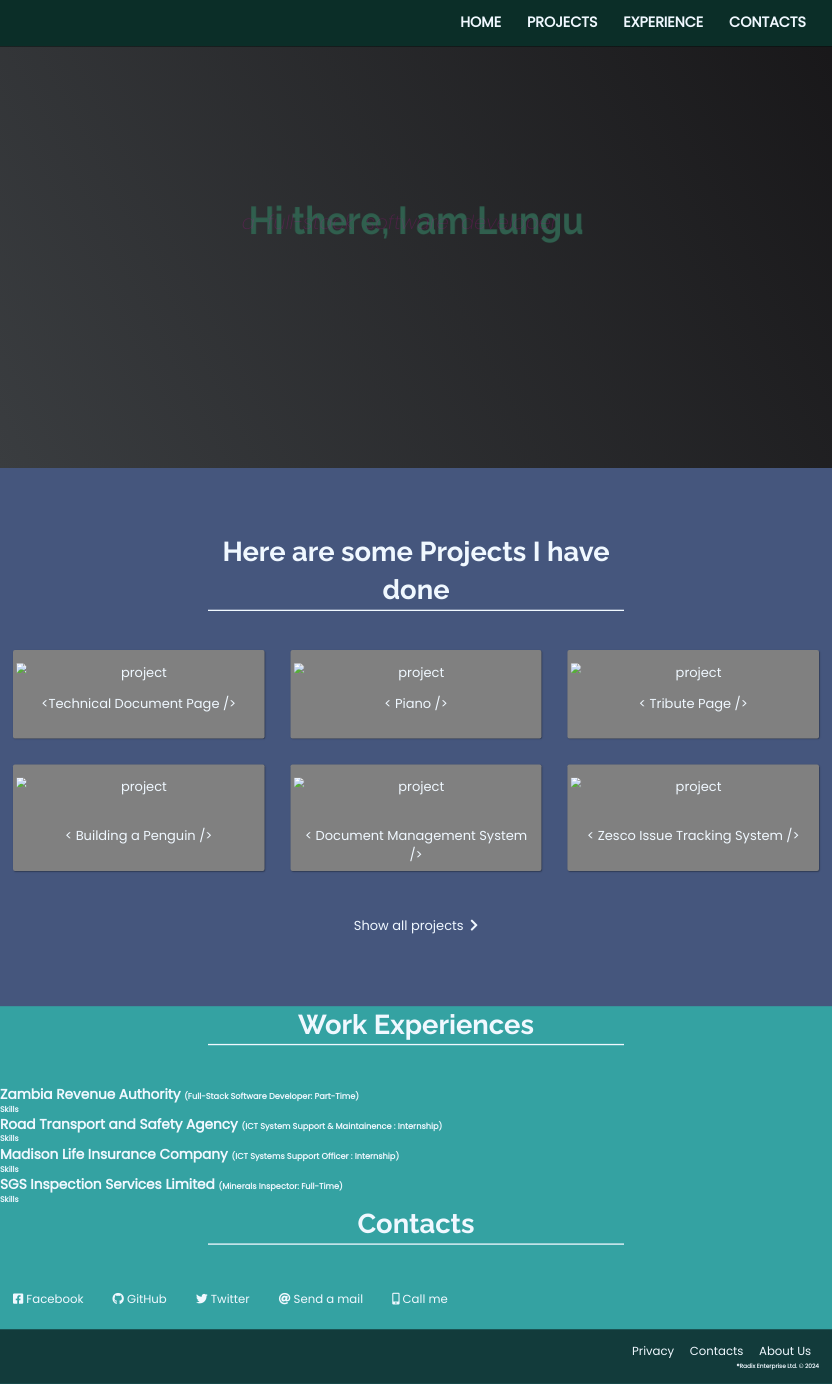
Repository: Lungdjos/personal_portifolio
Page: html/index.html
The author's editor kept a copy of each file at every save. The page is drawn from the files as they stood at one save, then again after the next save.
The browser window is 1280 px wide. The pictures show the whole page, at 65% of full size.
Some web libraries are served in a nearby version.

Above is the page before, as saved 2024-02-04 00:54:28.

After the next save:
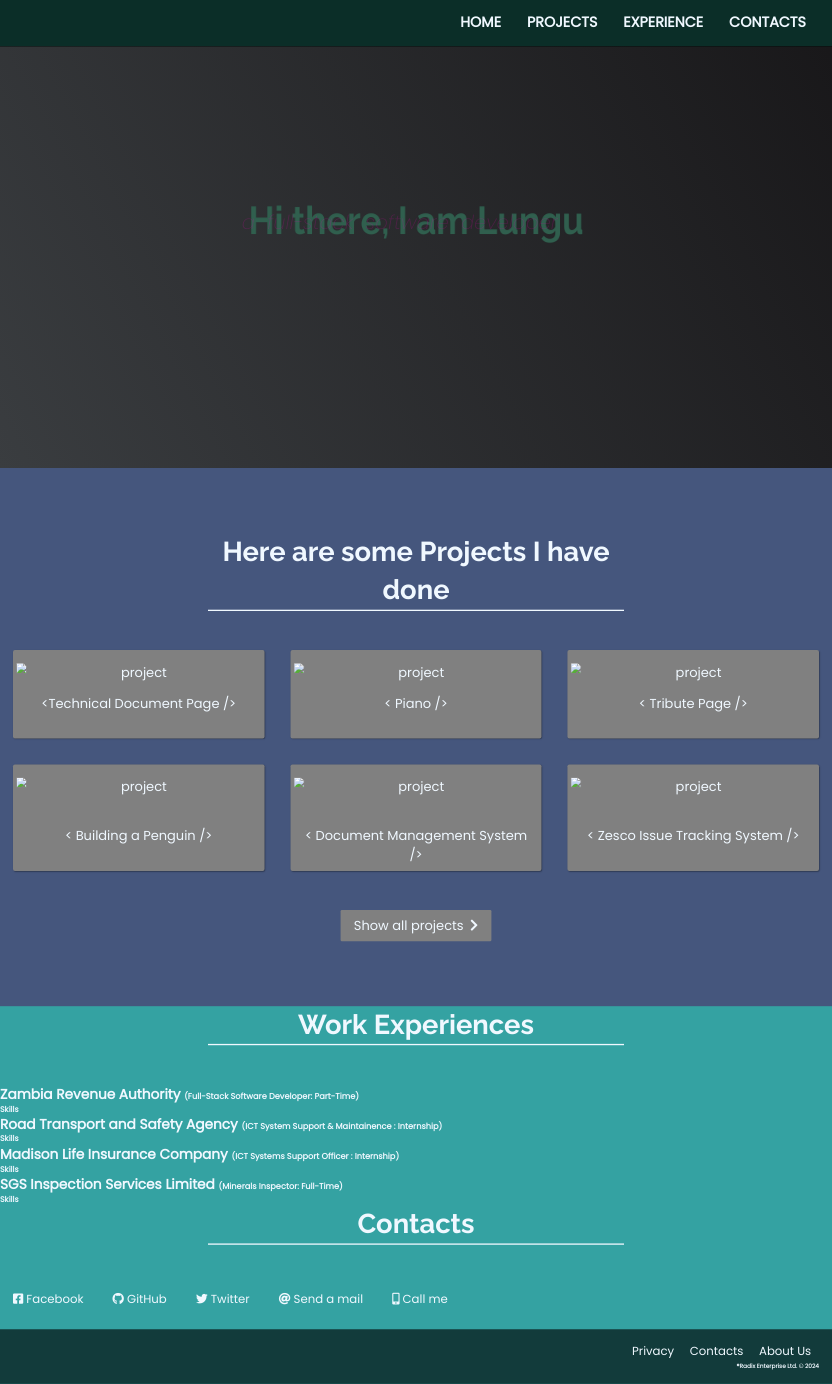
Saved 6 s later.
--- a/css/styles.css
+++ b/css/styles.css
@@ -241,7 +241,7 @@ main>li {
 
 .btn-show-all {
     font-size: 2rem;
-    background: var(-);
+    background: var(--col-2);
     transition: background 0.3s ease-out;
 }
 
